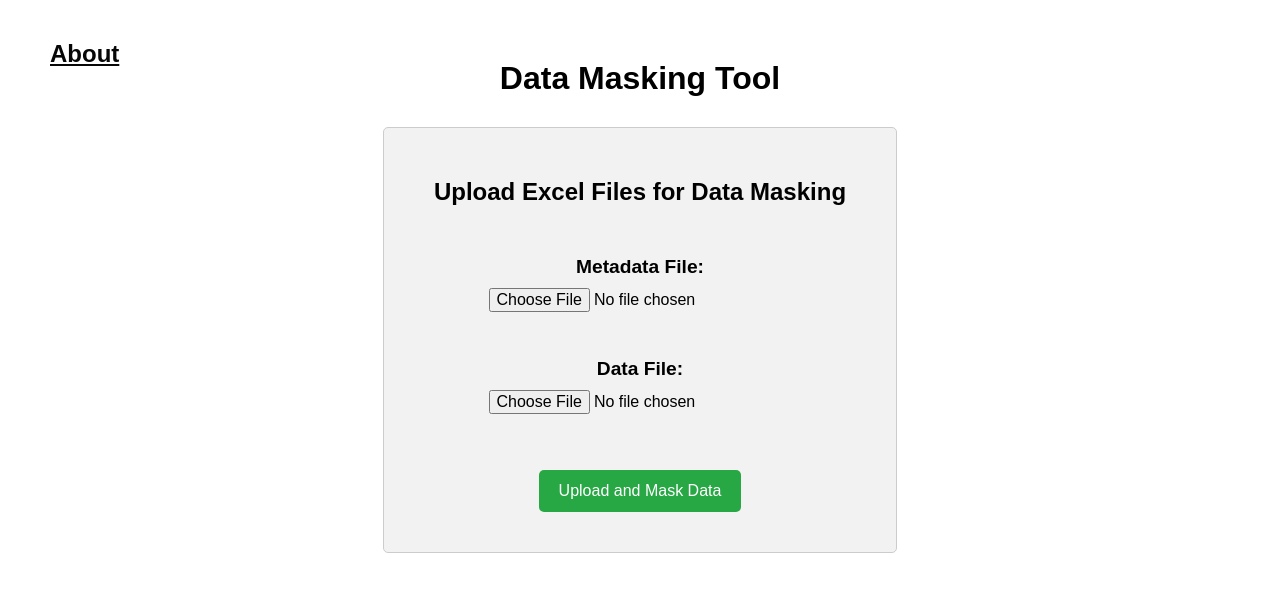
Repository: prithika12/DataMasking_Tool
Page: index.html
The author's editor kept a copy of each file at every save. The page is drawn from the files as they stood at one save, then again after the next save.
The browser window is 1280 px wide. The pictures show the whole page.

Above is the page before, as saved 2024-07-21 19:14:01.

After the next save:
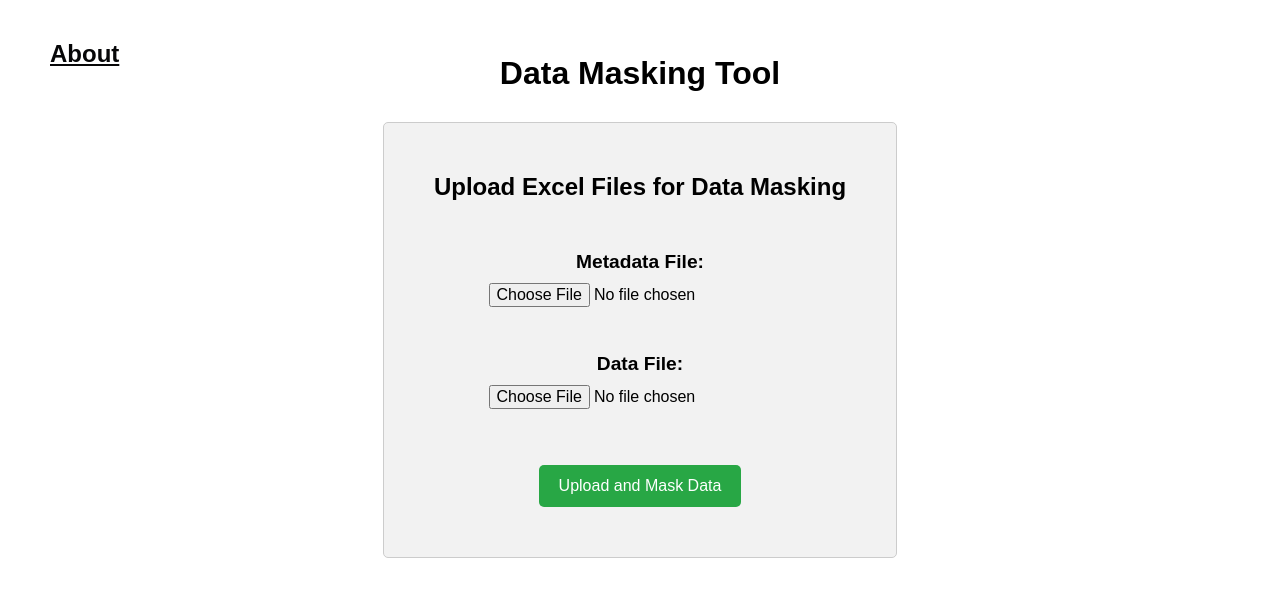
Saved 19 s later.
--- a/styles.css
+++ b/styles.css
@@ -37,7 +37,7 @@ input[type="file"] {
 }
 button {
     display: block;
-    margin: 10px auto;
+    margin: 20px auto;
     font-size: medium;
     margin-top: 10px;
     padding: 12px 20px;
